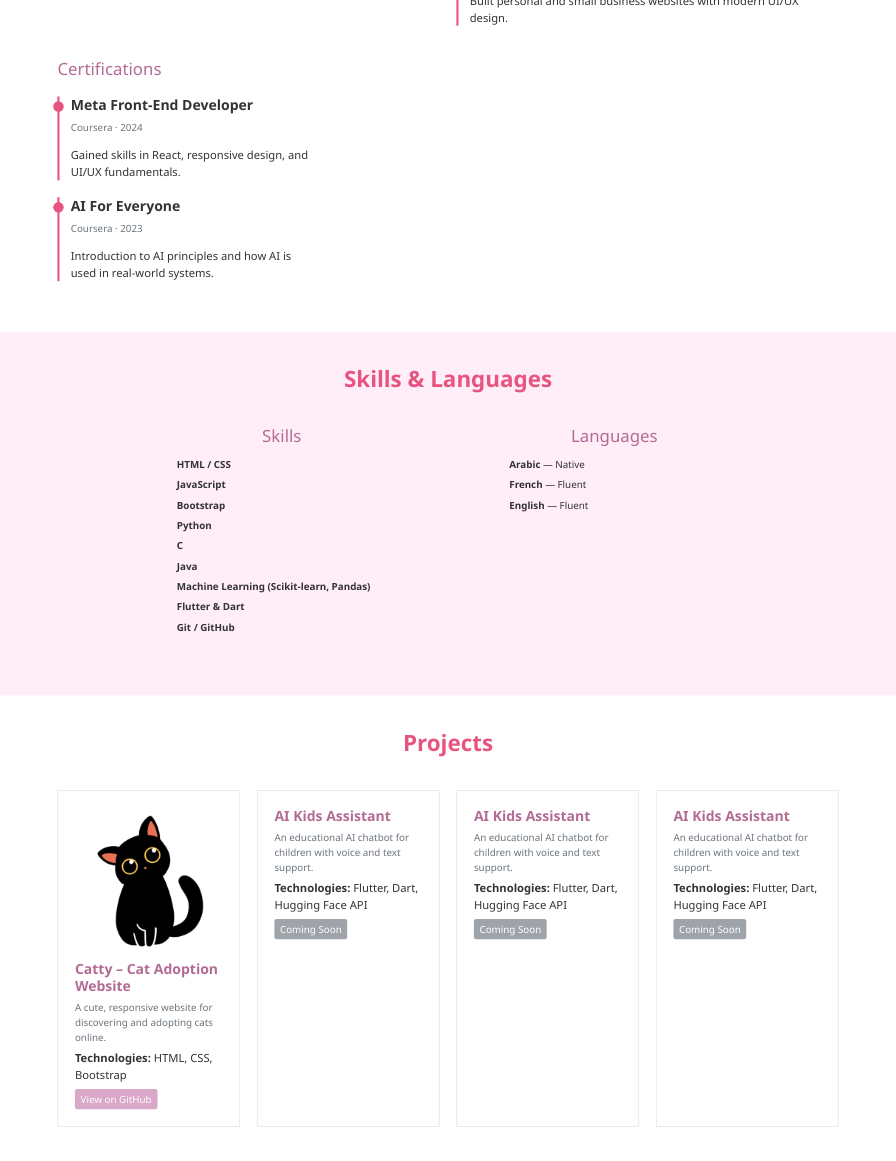
Repository: rihebtlh/portfolio
Page: new.html
An editor plug-in stored every save of this project. The page is shown before and after a run of saves, followed by the edit.
The browser window is 1280 px wide. The pictures show the part of the page from y = 1644 to 3564 px (the page is 3302 px tall before and 3564 px after), at 70% of full size.

Above is the page before, as saved 2025-07-02 16:03:54.

### new.html
<!DOCTYPE html>
<html lang="en">
<head>
  <meta charset="UTF-8" />
  <meta name="viewport" content="width=device-width, initial-scale=1.0" />
  <title>Riheb Talhi Portfolio</title>
  <link href="https://cdn.jsdelivr.net/npm/bootstrap@5.0.2/dist/css/bootstrap.min.css" rel="stylesheet" />
  <script src="https://cdn.jsdelivr.net/npm/bootstrap@5.0.2/dist/js/bootstrap.bundle.min.js"></script>
  <link rel="stylesheet" href="https://cdn.jsdelivr.net/npm/bootstrap-icons@1.10.5/font/bootstrap-icons.css">


  <style>
    body {
      font-family: 'Segoe UI', sans-serif;
      color: #333;
      background: #fff;
    }

    .navbar {
      background: rgba(255, 255, 255, 0.9);
      box-shadow: 0 4px 6px rgba(0, 0, 0, 0.05);
    }

    .navbar-nav .nav-link {
      color: #b36b94 !important;
      font-weight: 500;
    }

    .navbar-nav .nav-link:hover {
      color: #e75480 !important;
    }

    .btn-secondary {
      background-color: #d9a7c7;
      border: none;
    }

    .btn-secondary:hover {
      background-color: #e2b8d3;
    }

    h1, h2 {
      font-weight: 700;
    }

    .display-2 {
      color: #e75480;
    }

    .display-5 {
      color: #a070a8;
    }

    section {
      padding: 4rem 0;
    }

    .head {
      background-color: #ffeef8;
    }

    .about {
      background-color: #ffffff;
    }

    .about h2 {
      color: #e75480;
    }

    .about p {
      font-size: 1.1rem;
      color: #444;
      max-width: 800px;
    }

    img.rounded-circle {
      border: 4px solid #fff;
    }
    /* Simple timeline style */
  .timeline-item {
    border-left: 3px solid #e75480;
    padding-left: 1rem;
    position: relative;
  }
  .timeline-item::before {
    content: '';
    position: absolute;
    left: -9px;
    top: 0.4rem;
    width: 15px;
    height: 15px;
    background: #e75480;
    border-radius: 50%;
  }
  </style>
</head>
<body>

  <!-- Navbar -->
  <nav class="navbar navbar-expand-md navbar-light fixed-top">
    <div class="container-xxl">
      <button class="navbar-toggler" type="button" data-bs-toggle="collapse" data-bs-target="#main-nav"
        aria-controls="main-nav" aria-expanded="false" aria-label="Toggle navigation">
        <span class="navbar-toggler-icon"></span>
      </button>

      <div class="collapse navbar-collapse justify-content-end align-items-center" id="main-nav">
        <ul class="navbar-nav">
          <li class="nav-item"><a class="nav-link" href="#about">About Me</a></li>
          <li class="nav-item"><a class="nav-link" href="#resume">My Resume</a></li>
          <li class="nav-item"><a class="nav-link" href="#skills">Skills & Languages</a></li>
          <li class="nav-item"><a class="nav-link" href="#projects">Projects</a></li>
          <li class="nav-item ms-2 d-none d-md-inline">
            <a class="btn btn-secondary" href="#contact">Contact me here!</a>
          </li>
        </ul>
      </div>
    </div>
  </nav>

  <!-- Hero Section -->
    <section class="head d-flex align-items-center" style="min-height: 100vh;" id="home">
    <div class="container-lg">
        <div class="row justify-content-center align-items-center">
        <div class="col-md-8 text-start">
            <h1>
            <div class="display-2 fw-bold">Riheb Talhi</div>
            <div class="display-5">Computer Science Student</div>
            <div class="display-6 text-muted">just love to solve real-world problems through creative coding.</div>
            </h1>
        </div>
        <div class="col-md-4 text-center d-none d-md-block">
            <span class="tt" data-bs-placement="bottom" title="pic">
            <img src="/assets/pic.jpg" alt="Your photo" class="img-fluid rounded-circle shadow" style="max-height: 400px;">
            </span>
        </div>
        </div>
    </div>
    </section>


  <!-- About Me Section (White) -->
  <section class="about" id="about">
    <div class="container-lg">
      <div class="row justify-content-center">
        <div class="col-md-5">
          <h2 class="mb-4">About Me</h2>
          <p><strong>Name:</strong> Riheb Talhi</p>
          <p><strong>Email:</strong> talhiriheb@gmail.com</p>
          <p><strong>Education:</strong> university of science and technology of oran - mohamed boudiaf</p>
          <p>
            <i class="bi bi-github text-dark me-2"></i>
            <a href="https://github.com/rihebtlh" target="_blank">@rihebtlh</a>
          </p>
          <p>
            <i class="bi bi-linkedin"></i>
            <a href="https://www.linkedin.com/in/riheb-talhi-bab320293" target="_blank">Talhi Riheb</a>
          </p>
          <p>
            I love building smart, helpful apps and exploring the world of artificial intelligence.
            Currently, I'm focused on AI development especially in natural language processing (NLP) and machine learning (ML).
          </p>

        </div>
      </div>
    </div>
  </section>
  <!-- Resume Section -->
    <section id="resume" class="py-5" style="background:#fff;">
        <div class="container-lg">
            <h2 class="mb-5" style="color:#e75480;">My Resume</h2>
            <div class="row">

            <!-- Education -->
            <div class="col-md-6 mb-4">
                <h4 class="mb-4" style="color:#b36b94;">Education</h4>
                <div class="timeline">
                <div class="timeline-item mb-4">
                    <h5 class="mb-1 fw-bold">University of Science and Technology of Oran - Mohamed Boudiaf</h5>
                    <p class="text-muted mb-0"><small>Bachelor's Degree in Computer Science</small></p>
                    <p class="text-muted"><small>2022 - 2025</small></p>
                    <p>Focused on software development, AI, and data structures.</p>
                </div>
                <!-- Add more education here if needed -->
                </div>
            </div>

            <!-- Experience -->
            <div class="col-md-6 mb-4">
                <h4 class="mb-4" style="color:#b36b94;">Experience</h4>
                <div class="timeline">
                <div class="timeline-item mb-4">
                    <h5 class="mb-1 fw-bold">Internship at XYZ Company</h5>
                    <p class="text-muted mb-0"><small>Summer 2023</small></p>
                    <p>Worked on developing web applications and learning Agile methodologies.</p>
                </div>
                <div class="timeline-item mb-4">
                    <h5 class="mb-1 fw-bold">Freelance Web Developer</h5>
                    <p class="text-muted mb-0"><small>2022 - Present</small></p>
                    <p>Built personal and small business websites with modern UI/UX design.</p>
                </div>
                <!-- Add more experience as needed -->
                </div>
            </div>
            </div>
            <!-- Certifications -->
            <div class="col-md-4 mb-4">
                <h4 class="mb-4" style="color:#b36b94;">Certifications</h4>
                <div class="timeline">
                <div class="timeline-item mb-4">
                    <h5 class="fw-bold">Meta Front-End Developer</h5>
                    <p class="text-muted"><small>Coursera · 2024</small></p>
                    <p>Gained skills in React, responsive design, and UI/UX fundamentals.</p>
                </div>
                <div class="timeline-item mb-4">
                    <h5 class="fw-bold">AI For Everyone</h5>
                    <p class="text-muted"><small>Coursera · 2023</small></p>
                    <p>Introduction to AI principles and how AI is used in real-world systems.</p>
                </div>
                </div>
            </div>
        </div>
    </section>
    <!-- Skills & Languages Section -->
    <section id="skills" class="py-5" style="background-color: #ffeef8;">
    <div class="container-lg text-center">
        <h2 class="mb-5" style="color: #e75480;">Skills & Languages</h2>

        <div class="row justify-content-center">
        <!-- Skills -->
        <div class="col-md-5 mb-4">
            <h4 class="mb-3" style="color: #b36b94;">Skills</h4>
            <ul class="list-unstyled small text-start mx-auto" style="max-width: 300px;">
            <li class="mb-2"><strong>HTML / CSS</strong></li>
            <li class="mb-2"><strong>JavaScript</strong></li>
            <li class="mb-2"><strong>Bootstrap</strong></li>
            <li class="mb-2"><strong>Python</strong></li>
            <li class="mb-2"><strong>C</strong></li>
            <li class="mb-2"><strong>Java</strong></li>
            <li class="mb-2"><strong>Machine Learning (Scikit-learn, Pandas)</strong></li>
            <li class="mb-2"><strong>Flutter & Dart</strong></li>
            <li class="mb-2"><strong>Git / GitHub</strong></li>
            </ul>
        </div>

        <!-- Languages -->
        <div class="col-md-5 mb-4">
            <h4 class="mb-3" style="color: #b36b94;">Languages</h4>
            <ul class="list-unstyled small text-start mx-auto" style="max-width: 300px;">
            <li class="mb-2"><strong>Arabic</strong> — Native</li>
            <li class="mb-2"><strong>French</strong> — Fluent</li>
            <li class="mb-2"><strong>English</strong> — Fluent</li>
            </ul>
        </div>
        </div>
    </div>
    </section>
    <!-- Projects Section -->
    <section id="projects" class="py-5" style="background-color: #fff;">
      <div class="container-lg">
        <h2 class="mb-5 text-center" style="color: #e75480;">Projects</h2>

        <div class="row justify-content-center g-4">

          <!-- Project 1 -->
          <div class="col-md-3">
            <div class="p-4 border rounded-4 h-100" style="border-color: #ffd6e8; background-color: #fff;">
              <!-- Project Image -->
              <img src="assets/catLogo.webp" alt="Catty Website Preview" class="img-fluid rounded mb-2">
              <!-- Project Content -->
              <h5 class="fw-bold" style="color: #b36b94;">Catty – Cat Adoption Website</h5>
              <p class="text-muted small mb-2">A cute, responsive website for discovering and adopting cats online.</p>
              <p class="mb-2"><strong>Technologies:</strong> HTML, CSS, Bootstrap</p>
              <a href="https://github.com/rihebtlh/catty-storefront" target="_blank" class="btn btn-sm btn-secondary">View on GitHub</a>
            </div>
          </div>


          <!-- Project 2 -->
          <div class="col-md-3">
            <div class="p-4 border rounded-4 h-100" style="border-color: #ffd6e8;">
              <h5 class="fw-bold" style="color: #b36b94;">AI Kids Assistant</h5>
              <p class="text-muted small mb-2">An educational AI chatbot for children with voice and text support.</p>
              <p class="mb-2"><strong>Technologies:</strong> Flutter, Dart, Hugging Face API</p>
              <a href="#" target="_blank" class="btn btn-sm btn-secondary disabled">Coming Soon</a>
            </div>
          </div>
          <!-- Project 3 -->
          <div class="col-md-3">
            <div class="p-4 border rounded-4 h-100" style="border-color: #ffd6e8;">
              <h5 class="fw-bold" style="color: #b36b94;">AI Kids Assistant</h5>
              <p class="text-muted small mb-2">An educational AI chatbot for children with voice and text support.</p>
              <p class="mb-2"><strong>Technologies:</strong> Flutter, Dart, Hugging Face API</p>
              <a href="#" target="_blank" class="btn btn-sm btn-secondary disabled">Coming Soon</a>
            </div>
          </div>
          <!-- Project 4 -->
          <div class="col-md-3">
            <div class="p-4 border rounded-4 h-100" style="border-color: #ffd6e8;">
              <h5 class="fw-bold" style="color: #b36b94;">AI Kids Assistant</h5>
              <p class="text-muted small mb-2">An educational AI chatbot for children with voice and text support.</p>
              <p class="mb-2"><strong>Technologies:</strong> Flutter, Dart, Hugging Face API</p>
              <a href="#" target="_blank" class="btn btn-sm btn-secondary disabled">Coming Soon</a>
            </div>
          </div>

          <!-- Add more projects here -->

        </div>
      </div>
    </section>






  <!-- Tooltip Init -->
  <script>
    const tooltips = document.querySelectorAll('.tt');
    tooltips.forEach(t => {
      new bootstrap.Tooltip(t);
    });
  </script>

</body>
</html>

After the next 2 saves:
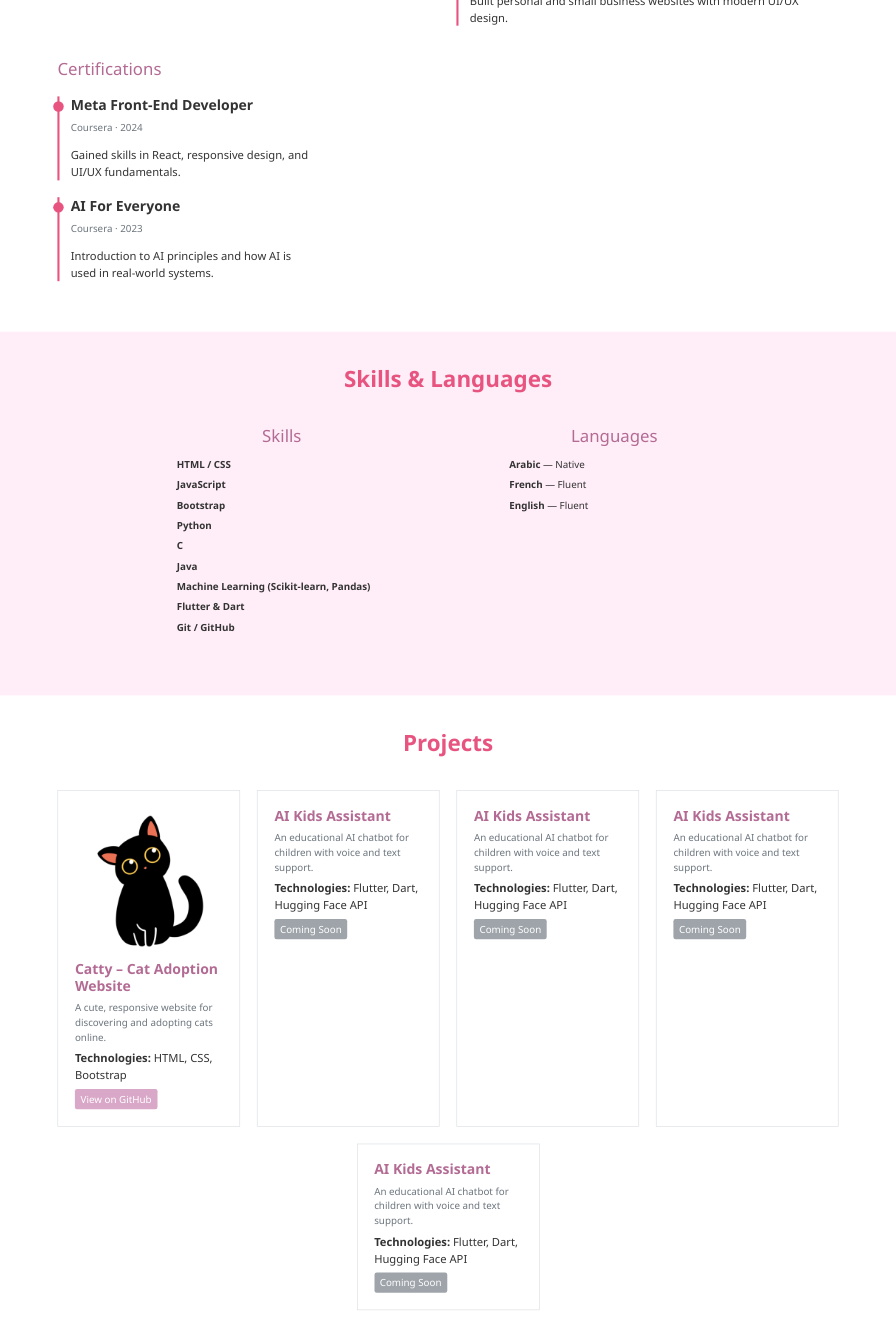
The 2 saves are shown as one change because they came seconds apart.
The last was saved 13 s later.
--- a/new.html
+++ b/new.html
@@ -303,6 +303,15 @@
               <a href="#" target="_blank" class="btn btn-sm btn-secondary disabled">Coming Soon</a>
             </div>
           </div>
+          <!-- Project 5 -->
+          <div class="col-md-3">
+            <div class="p-4 border rounded-4 h-100" style="border-color: #ffd6e8;">
+              <h5 class="fw-bold" style="color: #b36b94;">AI Kids Assistant</h5>
+              <p class="text-muted small mb-2">An educational AI chatbot for children with voice and text support.</p>
+              <p class="mb-2"><strong>Technologies:</strong> Flutter, Dart, Hugging Face API</p>
+              <a href="#" target="_blank" class="btn btn-sm btn-secondary disabled">Coming Soon</a>
+            </div>
+          </div>
 
           <!-- Add more projects here -->
 
